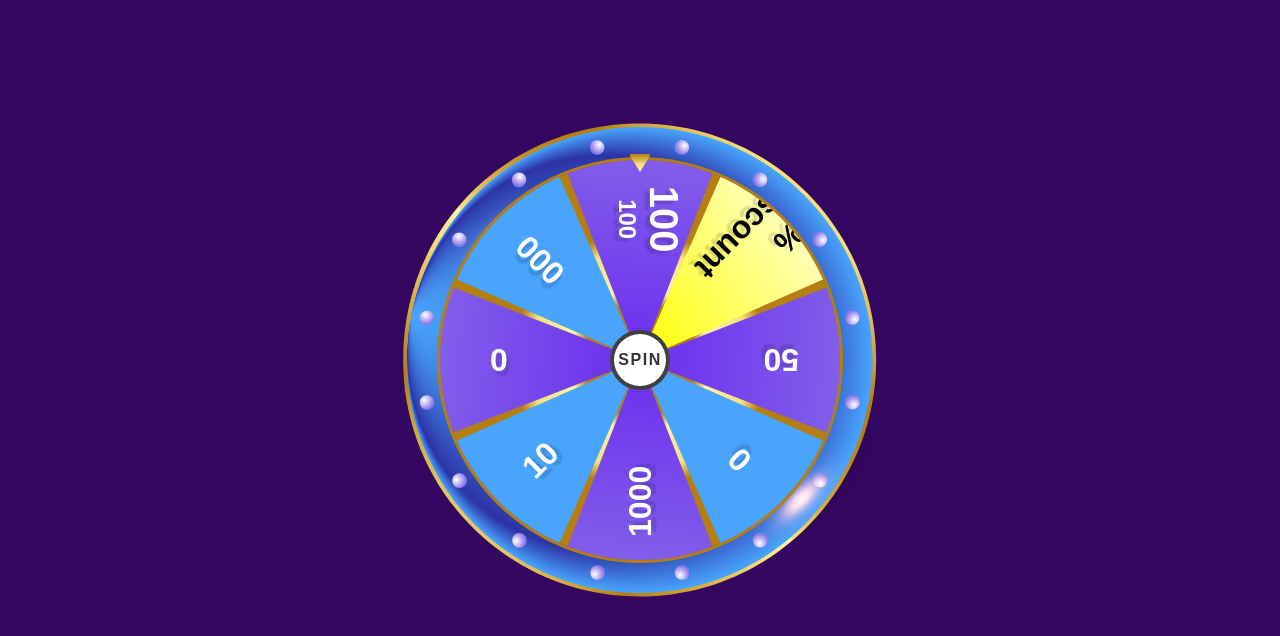
Repository: Jacques-Jaki-Morkel/FundedMarketplace_WheelofFortune
Page: index.html
An editor plug-in stored every save of this project. The page is shown before and after the next save, followed by the edit.
The browser window is 1280 px wide. The pictures show the whole page.

Above is the page before, as saved 2025-08-14 14:07:35.

After the next save:
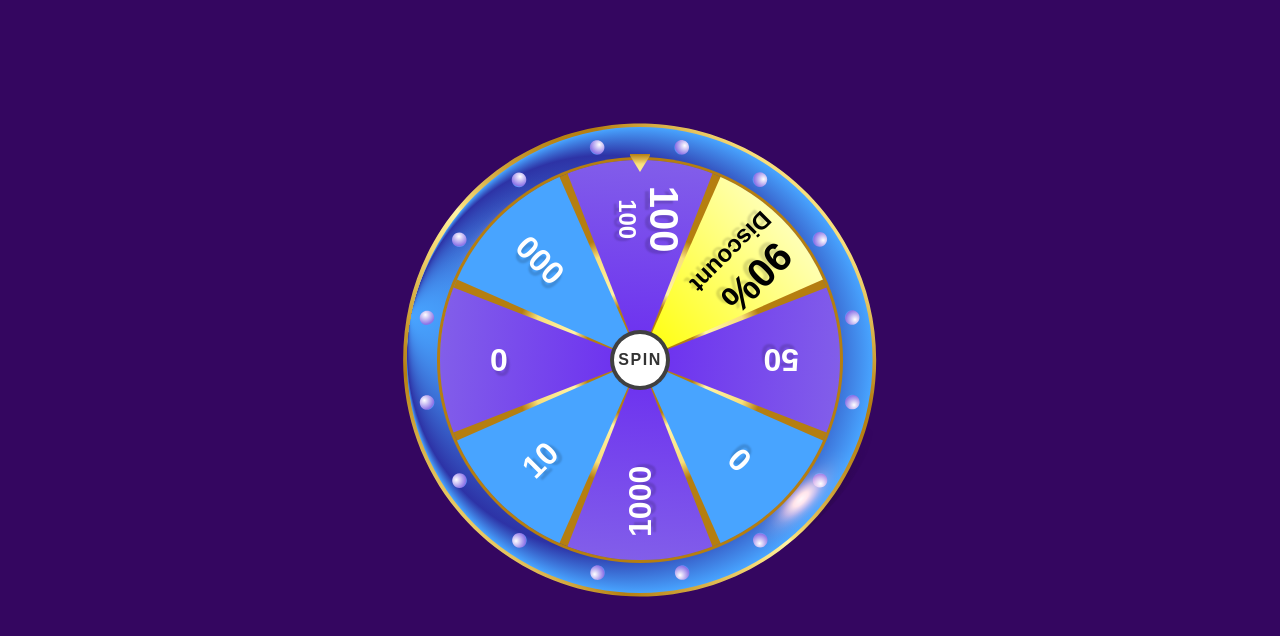
Saved 58 s later.
--- a/index.html
+++ b/index.html
@@ -19,7 +19,7 @@
                 <span><div class="sliceTextGroup"><h2 class="largeSliceText">100</h2><h3 class="smallSliceText">100</h3></div></span>
             </div>
             <div class="number" style=" --i:2 ;--clr2: linear-gradient(var(--angle), white, yellow);">
-                <span class="ulitmatePrize">90% Discount</span>
+                <span class="ulitmatePrize"><div class="sliceTextGroup"><h2 class="largeSliceText">90%</h2><h3 class="smallSliceText">Discount</h3></div></span>
             </div>
             <div class="number" style=" --i:3 ;">
                 <span>50</span>
